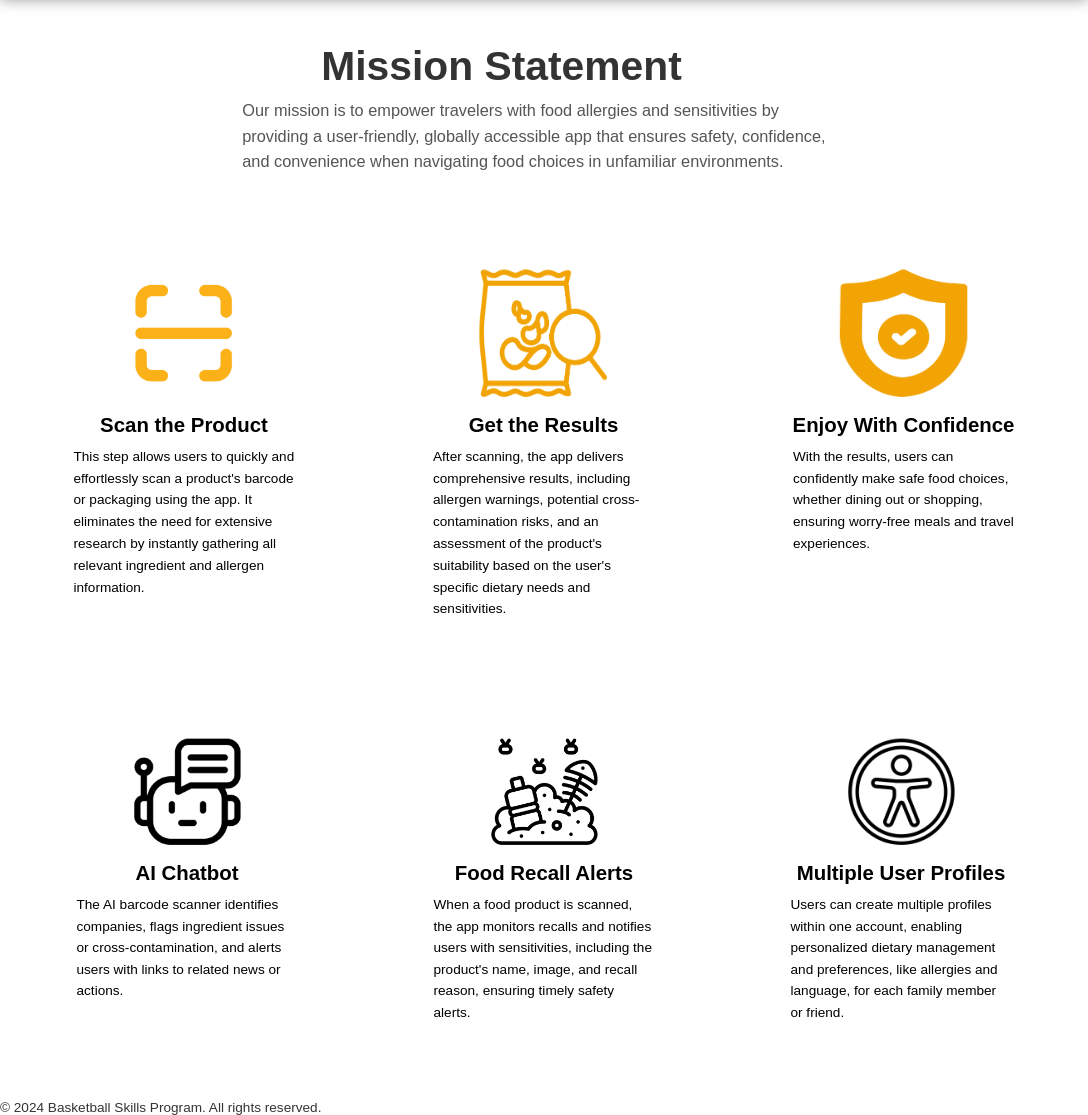
Repository: GavinPahal/landingpage
Page: /
These files come from the project's save history. The page is drawn as it stood at one moment and after the next save; the edit follows.
The browser window is 1280 px wide. The pictures show the part of the page from y = 720 to 2032 px (the page is 2032 px tall), at 85% of full size.
The project was rebuilt for these pictures with package versions that can differ from the ones it lists, and the page was loaded fresh each time. The framework's server and built-in components were replaced by stand-ins that run in the browser. Also part of the build but not shown: next.config.mjs.

Above is the page before, as saved 2024-11-28 18:03:42.

After the next save:
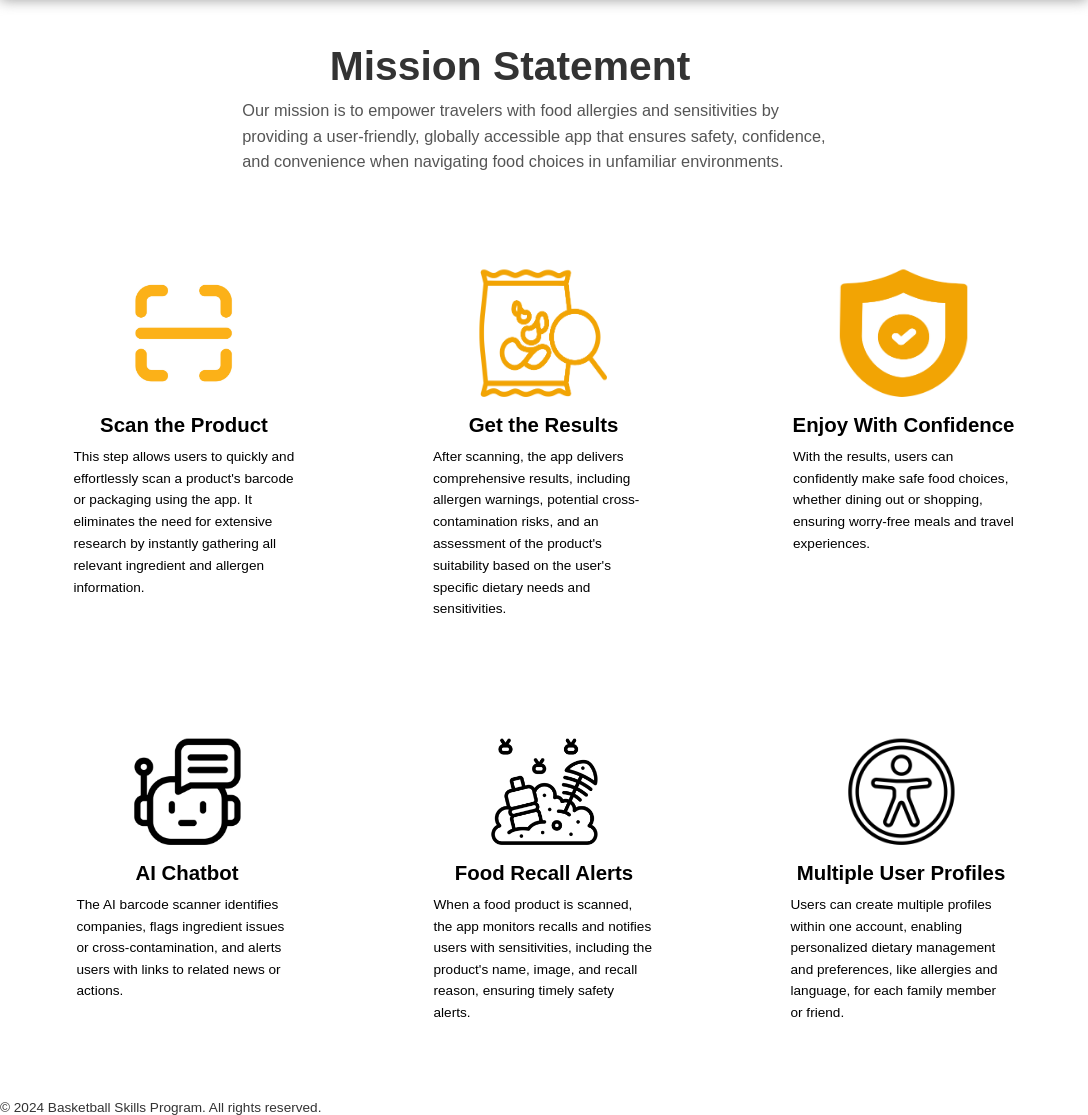
Saved 4 s later.
--- a/styles/globals.css
+++ b/styles/globals.css
@@ -252,7 +252,7 @@ body {
   color: #333;
   margin-bottom: 10px;
   font-weight: bold;
-  padding-right: 100px;
+  padding-right: 80px;
 }
 
 .missionStatement p {
